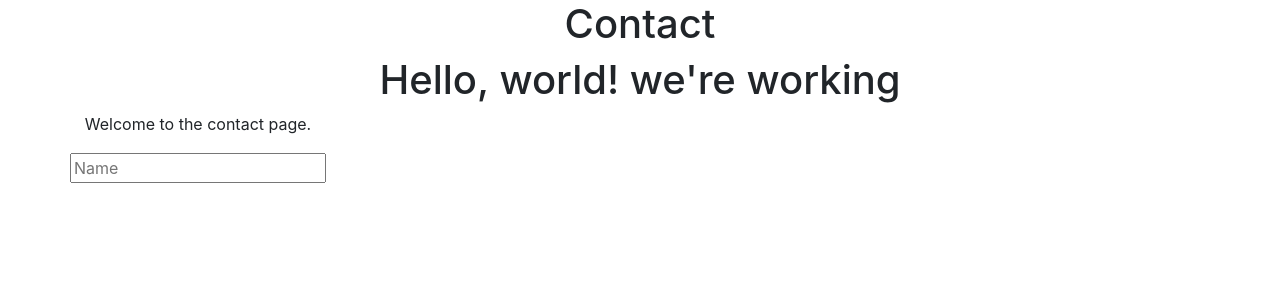
Repository: mjmaix/django101
Page: http://localhost/contact/
An editor plug-in stored every save of this project. The page is shown before and after the next save, followed by the edit.
The browser window is 1280 px wide. The pictures show the whole page.
Some web libraries are served in a nearby version. The page is served by the project's application, run on Django 2.2 (ecommerce/src/manage.py). Other server files are loaded and not shown.

Above is the page before, as saved 2018-03-31 22:39:25.

### ecommerce/src/ecommerce/views.py
from django.http import HttpResponse
from django.shortcuts import render

def home_page(request):
    context = {
        "title":"Hello World!",
        "content":"Welcome to the homepage."
    }
    return render(request, "home_page.html", context)

def about_page(request):
    context = {
        "title":"About",
        "content":"Welcome to the about page."
    }
    return render(request, "home_page.html", context)

def contact_page(request):
    context = {
        "title":"Contact",
        "content":"Welcome to the contact page."
    }
    return render(request, "contact/view.html", context)

### ecommerce/src/templates/contact/view.html
<!doctype html>
<html lang="en">

<head>
  <!-- Required meta tags -->
  <meta charset="utf-8">
  <meta name="viewport" content="width=device-width, initial-scale=1, shrink-to-fit=no">

  <!-- Bootstrap CSS -->
  <link rel="stylesheet" href="https://maxcdn.bootstrapcdn.com/bootstrap/4.0.0/css/bootstrap.min.css" integrity="sha384-Gn5384xqQ1aoWXA+058RXPxPg6fy4IWvTNh0E263XmFcJlSAwiGgFAW/dAiS6JXm"
    crossorigin="anonymous">

  <title>Hello, world!</title>
</head>

<body>
  <dive class='text-center'>
    <h1>{{ title }}</h1>
    <h1>Hello, world! we're working</h1>
    </div>

    <div class='container'>
      <div class='row'>
        <div class='column'>
          <p>{{ content }}</p>
          <div class='col-sm-6 col-12'></div>
          <form>
            <input class='form control' type='text' placeholder="Name" name='full_name' />
          </form>
        </div>
      </div>
    </div>
    </div>

    <!-- Optional JavaScript -->
    <!-- jQuery first, then Popper.js, then Bootstrap JS -->
    <script src="https://code.jquery.com/jquery-3.2.1.slim.min.js" integrity="sha384-KJ3o2DKtIkvYIK3UENzmM7KCkRr/rE9/Qpg6aAZGJwFDMVNA/GpGFF93hXpG5KkN"
      crossorigin="anonymous"></script>
    <script src="https://cdnjs.cloudflare.com/ajax/libs/popper.js/1.12.9/umd/popper.min.js" integrity="sha384-ApNbgh9B+Y1QKtv3Rn7W3mgPxhU9K/ScQsAP7hUibX39j7fakFPskvXusvfa0b4Q"
      crossorigin="anonymous"></script>
    <script src="https://maxcdn.bootstrapcdn.com/bootstrap/4.0.0/js/bootstrap.min.js" integrity="sha384-JZR6Spejh4U02d8jOt6vLEHfe/JQGiRRSQQxSfFWpi1MquVdAyjUar5+76PVCmYl"
      crossorigin="anonymous"></script>
</body>

</html>

### ecommerce/src/ecommerce/urls.py
"""ecommerce URL Configuration

The `urlpatterns` list routes URLs to views. For more information please see:
    https://docs.djangoproject.com/en/1.11/topics/http/urls/
Examples:
Function views
    1. Add an import:  from my_app import views
    2. Add a URL to urlpatterns:  url(r'^$', views.home, name='home')
Class-based views
    1. Add an import:  from other_app.views import Home
    2. Add a URL to urlpatterns:  url(r'^$', Home.as_view(), name='home')
Including another URLconf
    1. Import the include() function: from django.conf.urls import url, include
    2. Add a URL to urlpatterns:  url(r'^blog/', include('blog.urls'))
"""
from django.conf.urls import url
from django.contrib import admin

from .views import home_page, about_page, contact_page

urlpatterns = [
    url(r'^$', home_page),
    url(r'^about/$', about_page),
    url(r'^contact/$', contact_page),
    url(r'^admin/', admin.site.urls),
]

After the next save:
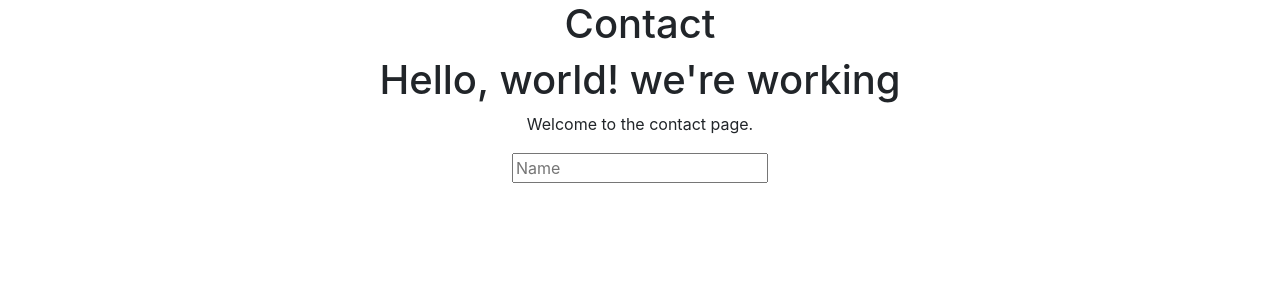
Saved 11 s later.
--- a/ecommerce/src/templates/contact/view.html
+++ b/ecommerce/src/templates/contact/view.html
@@ -21,7 +21,7 @@
 
     <div class='container'>
       <div class='row'>
-        <div class='column'>
+        <div class='col'>
           <p>{{ content }}</p>
           <div class='col-sm-6 col-12'></div>
           <form>
